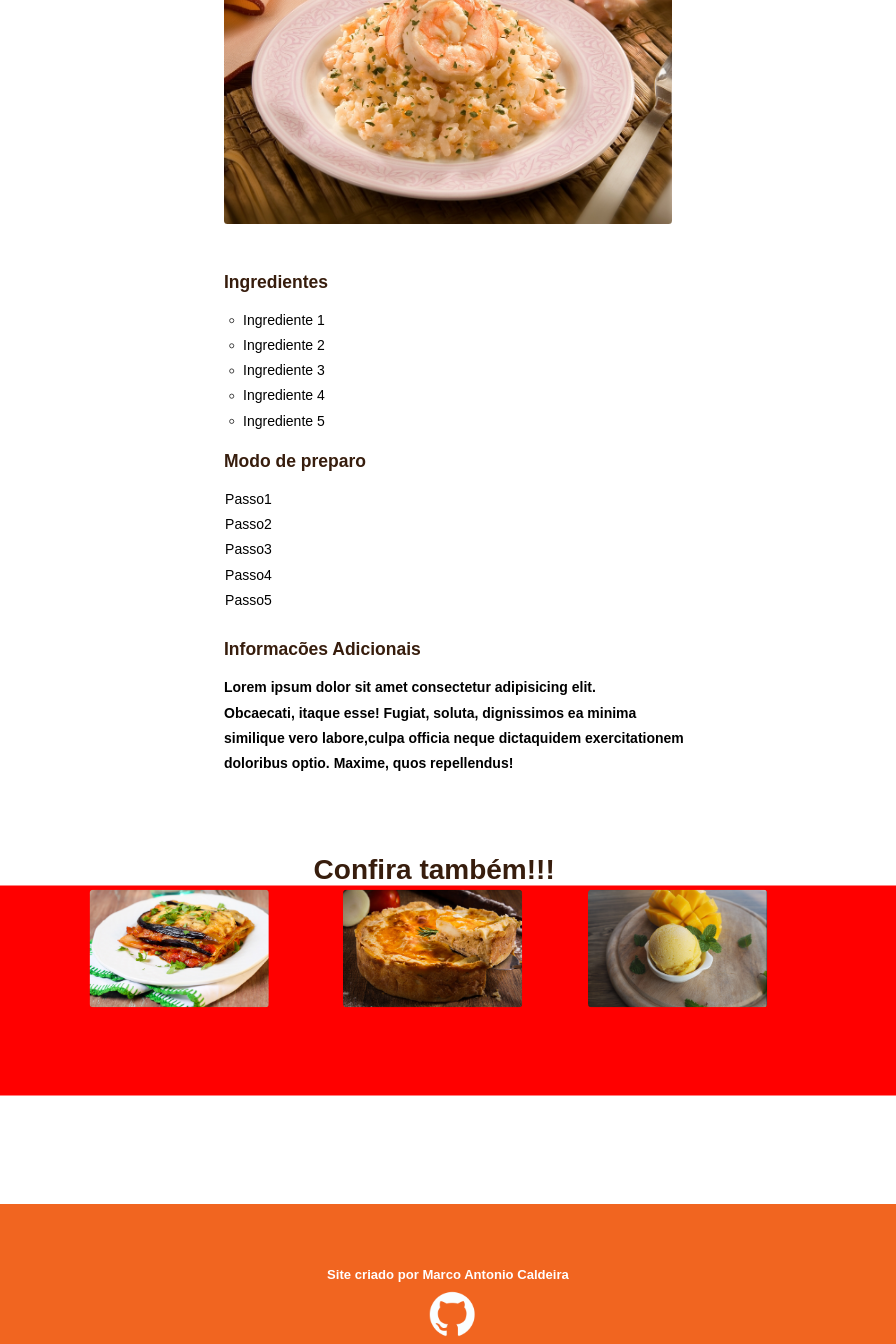
Repository: MarcoantonioCaldeira/Aprendizados-e-Conhecimentos
Page: Receitas da Casa/index.html
The author's editor kept a copy of each file at every save. The page is drawn from the files as they stood at one save, then again after the next save.
The browser window is 1280 px wide. The pictures show the part of the page from y = 360 to 2280 px (the page is 2280 px tall), at 70% of full size.

Above is the page before, as saved 2022-05-29 22:00:59.

After the next save:
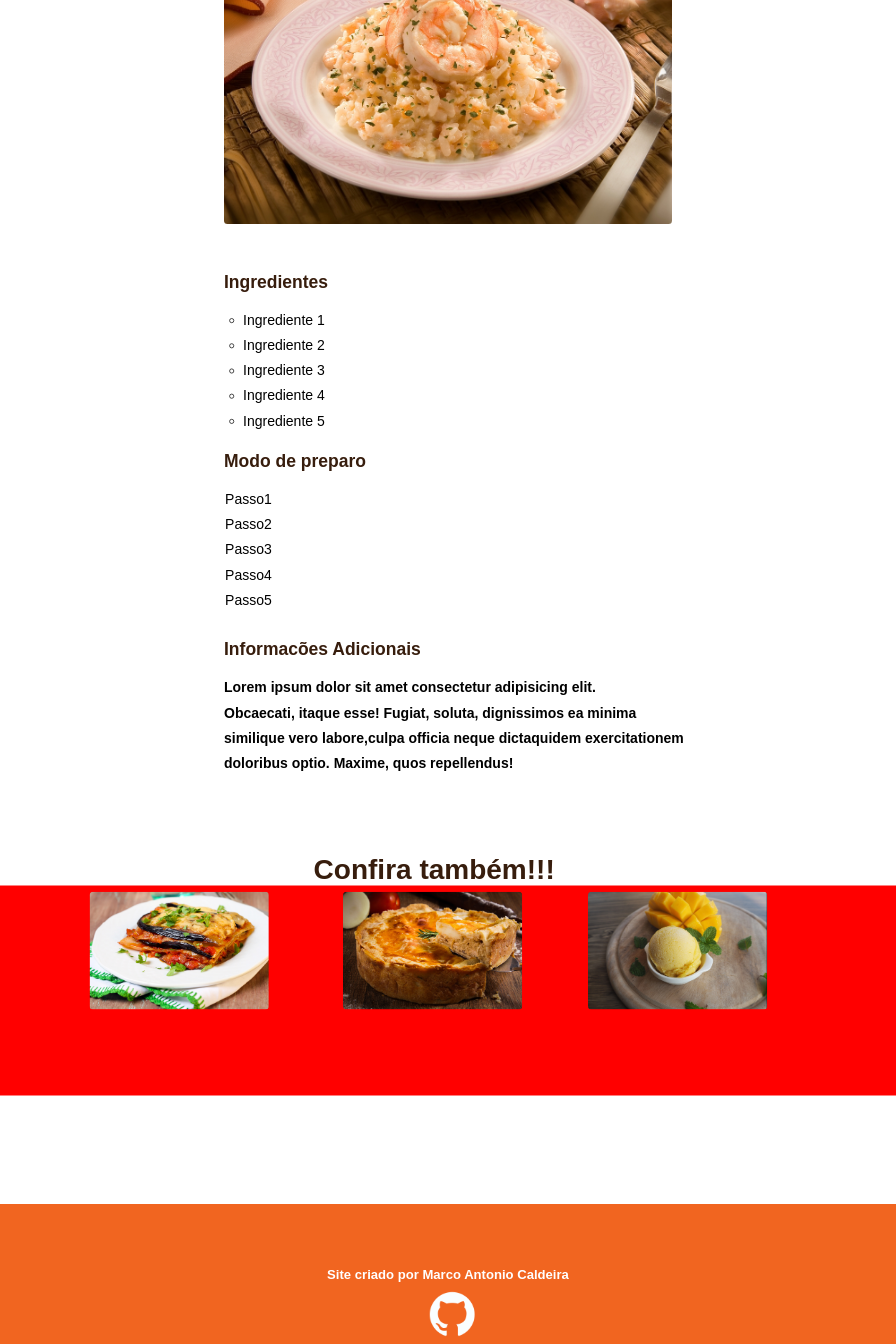
Saved 16 s later.
--- a/Receitas da Casa/css/estilo.css
+++ b/Receitas da Casa/css/estilo.css
@@ -45,7 +45,7 @@
 .img_receita1{
   position:relative;
   left:10%;
-  top:2%;
+  top:3%;
   border-radius:5px;
   width:20%;
 }
@@ -53,7 +53,7 @@
 .img_receita2{
   position:relative;
   left: 18%;
-  top:2%;
+  top:3%;
   border-radius:5px;
   width:20%;
 }
@@ -61,7 +61,7 @@
 .img_receita3{
   position:relative;
   left: 25%;
-  top:2%;
+  top:3%;
   border-radius:5px;
   width:20%;
 }
